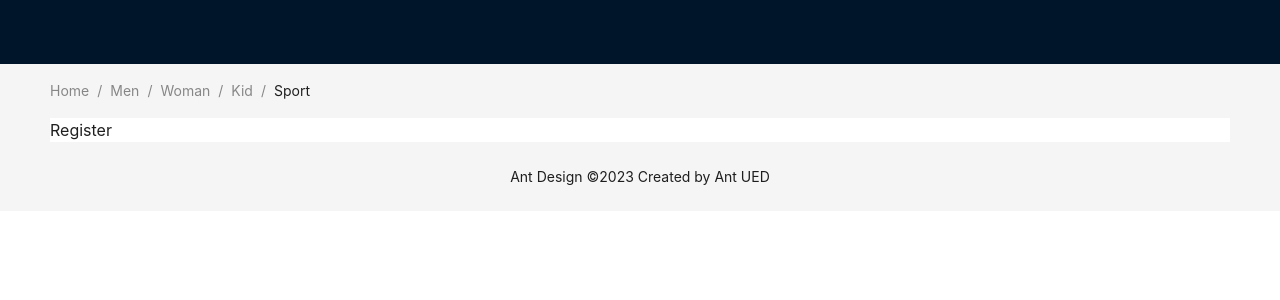
Repository: KhoiNguyen77/react-capstone
Page: /register
An editor plug-in stored every save of this project. The page is shown before and after the next save, followed by the edit.
The browser window is 1280 px wide. The pictures show the whole page.
The project was rebuilt for these pictures with package versions that can differ from the ones it lists, and the page was loaded fresh each time.

Above is the page before, as saved 2023-06-15 11:29:17.

### public/index.html
<!DOCTYPE html>
<html lang="en">

<head>
  <meta charset="utf-8" />
  <link rel="icon" href="%PUBLIC_URL%/favicon.ico" />
  <meta name="viewport" content="width=device-width, initial-scale=1" />
  <meta name="theme-color" content="#000000" />
  <meta name="description" content="Web site created using create-react-app" />
  <link rel="apple-touch-icon" href="%PUBLIC_URL%/logo192.png" />
  <!--
      manifest.json provides metadata used when your web app is installed on a
      user's mobile device or desktop. See https://developers.google.com/web/fundamentals/web-app-manifest/
    -->
  <link rel="manifest" href="%PUBLIC_URL%/manifest.json" />
  <!--
      Notice the use of %PUBLIC_URL% in the tags above.
      It will be replaced with the URL of the `public` folder during the build.
      Only files inside the `public` folder can be referenced from the HTML.

      Unlike "/favicon.ico" or "favicon.ico", "%PUBLIC_URL%/favicon.ico" will
      work correctly both with client-side routing and a non-root public URL.
      Learn how to configure a non-root public URL by running `npm run build`.
    -->
  <link href="https://cdn.jsdelivr.net/npm/bootstrap@5.3.0/dist/css/bootstrap.min.css" rel="stylesheet"
    integrity="sha384-9ndCyUaIbzAi2FUVXJi0CjmCapSmO7SnpJef0486qhLnuZ2cdeRhO02iuK6FUUVM" crossorigin="anonymous">
  <title>Capstone React</title>
</head>

<body>
  <noscript>You need to enable JavaScript to run this app.</noscript>
  <div id="root"></div>
  <!--
      This HTML file is a template.
      If you open it directly in the browser, you will see an empty page.

      You can add webfonts, meta tags, or analytics to this file.
      The build step will place the bundled scripts into the <body> tag.

      To begin the development, run `npm start` or `yarn start`.
      To create a production bundle, use `npm run build` or `yarn build`.
    -->
</body>
<script src="https://cdn.jsdelivr.net/npm/bootstrap@5.3.0/dist/js/bootstrap.bundle.min.js"
  integrity="sha384-geWF76RCwLtnZ8qwWowPQNguL3RmwHVBC9FhGdlKrxdiJJigb/j/68SIy3Te4Bkz" crossorigin="anonymous"></script>

</html>

### src/index.js
import React from 'react';
import ReactDOM from 'react-dom/client';
import { store } from './Redux/configStore';
import { unstable_HistoryRouter as HistoryRouter, Route, Routes } from 'react-router-dom';
import { Provider } from 'react-redux';
import HomeTemplate from './Template/HomeTemplate';
import { createBrowserHistory } from 'history'
import Register from './pages/Register';
export const customNavigate = createBrowserHistory();
const root = ReactDOM.createRoot(document.getElementById('root'));
root.render(
  <Provider store={store}>
    <HomeTemplate></HomeTemplate>
  </Provider>
);

// If you want to start measuring performance in your app, pass a function
// to log results (for example: reportWebVitals(console.log))
// or send to an analytics endpoint. Learn more: https://bit.ly/CRA-vitals

### src/Redux/configStore.jsx
import {configureStore} from '@reduxjs/toolkit';


export const store = configureStore({
    reducer: {

    }
})

### src/Template/HomeTemplate.jsx
import React from 'react'
import { Breadcrumb, Layout, Menu, theme } from 'antd';
import { unstable_HistoryRouter as HistoryRouter, Route, Routes } from 'react-router-dom';
import Register from '../pages/Register';
import { createBrowserHistory } from 'history'
const { Header, Content, Footer } = Layout;
export const customNavigate = createBrowserHistory();
const MenuProps = [{
    label: 'Register',
    key: '/register',
    icon: <Register></Register>
}]
const HomeTemplate = () => {
    const {
        token: { colorBgContainer },
    } = theme.useToken();
    return (
        <Layout className="layout">
            <Header
                style={{
                    display: 'flex',
                    alignItems: 'center',
                }}
            >
                <div className="demo-logo" />
                <Menu

                />
            </Header>
            <Content
                style={{
                    padding: '0 50px',
                    fontSize: '16px'
                }}

            >
                <Breadcrumb
                    style={{
                        margin: '16px 0',
                    }}
                >
                    <Breadcrumb.Item>Home</Breadcrumb.Item>
                    <Breadcrumb.Item>Men</Breadcrumb.Item>
                    <Breadcrumb.Item>Woman</Breadcrumb.Item>
                    <Breadcrumb.Item>Kid</Breadcrumb.Item>
                    <Breadcrumb.Item>Sport</Breadcrumb.Item>
                </Breadcrumb>
                <div
                    className="site-layout-content"
                    style={{
                        background: colorBgContainer,
                        height: ''
                    }}
                >
                    <HistoryRouter history={customNavigate}>
                        <Routes>
                                <Route path='register' element={<Register></Register>}></Route>
                        </Routes>
                    </HistoryRouter>
                </div>
            </Content>
            <Footer
                style={{
                    textAlign: 'center',
                }}
            >
                Ant Design ©2023 Created by Ant UED
            </Footer>
        </Layout>

    )
}

export default HomeTemplate

Loaded but not shown: src/pages/Register.jsx (common file)

After the next save:
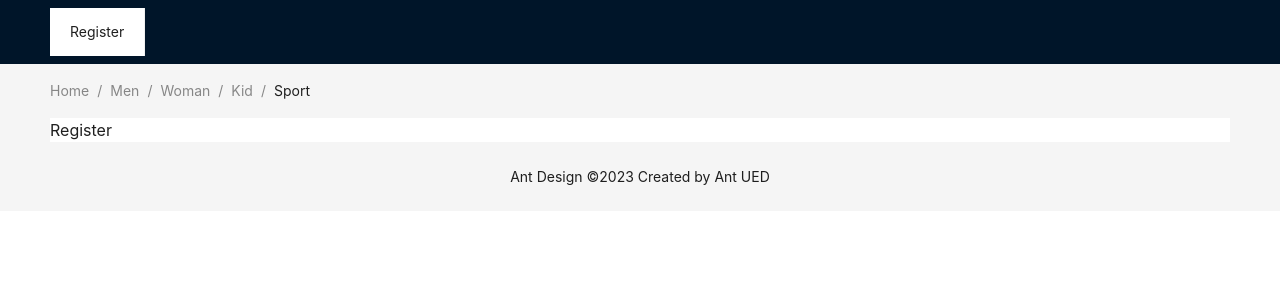
Saved 15 s later.
--- a/src/Template/HomeTemplate.jsx
+++ b/src/Template/HomeTemplate.jsx
@@ -24,7 +24,7 @@
             >
                 <div className="demo-logo" />
                 <Menu
-
+                    items={MenuProps}
                 />
             </Header>
             <Content
